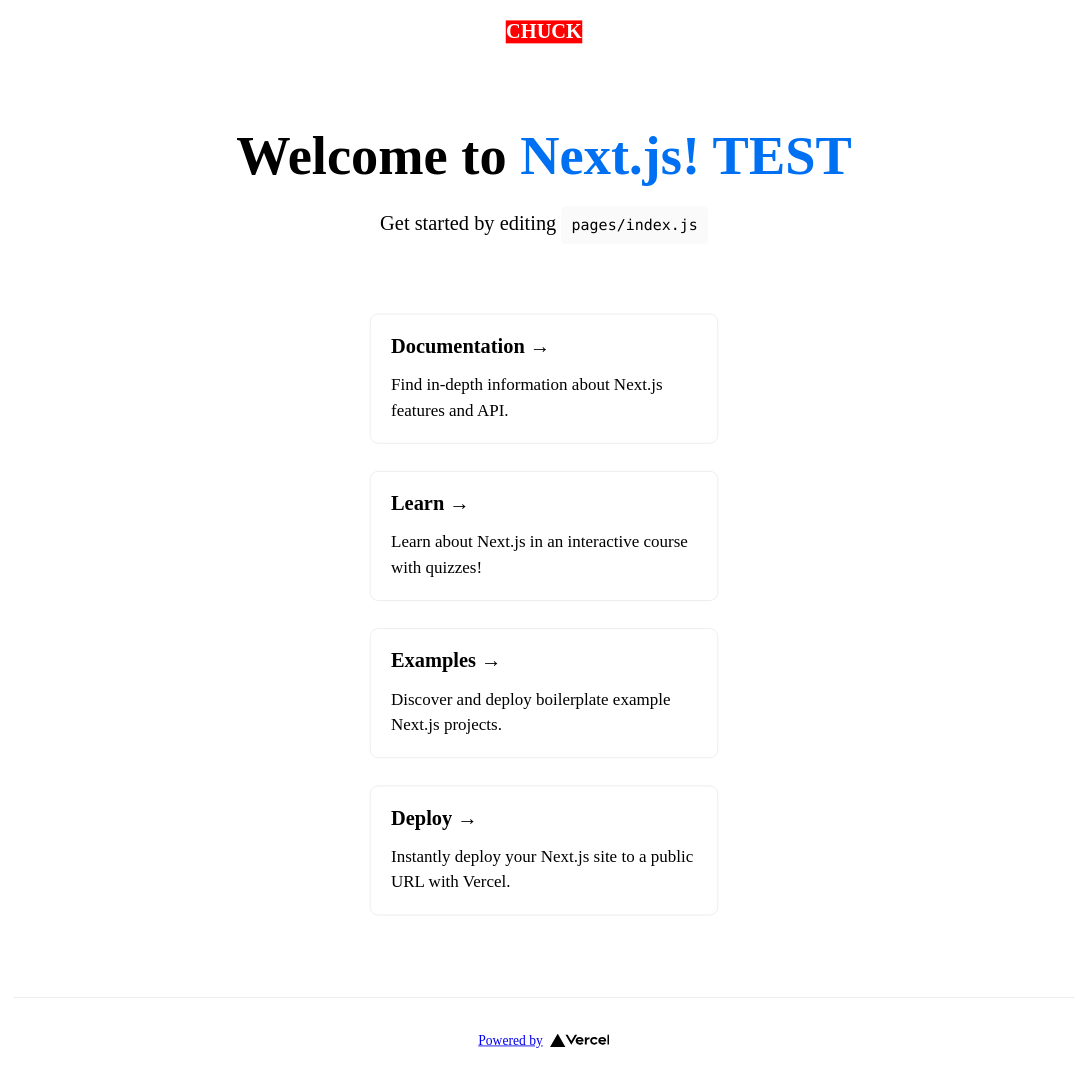
Repository: yafugray/practicemdia3126
Page: /
An editor plug-in stored every save of this project. The page is shown before and after the next save, followed by the edit.
The browser window is 1280 px wide. The pictures show the whole page, at 85% of full size.
The project was rebuilt for these pictures with package versions that can differ from the ones it lists, and the page was loaded fresh each time. The framework's server and built-in components were replaced by stand-ins that run in the browser. Also part of the build but not shown: pages/app.scss.

Above is the page before, as saved 2020-12-15 11:03:54.

After the next save:
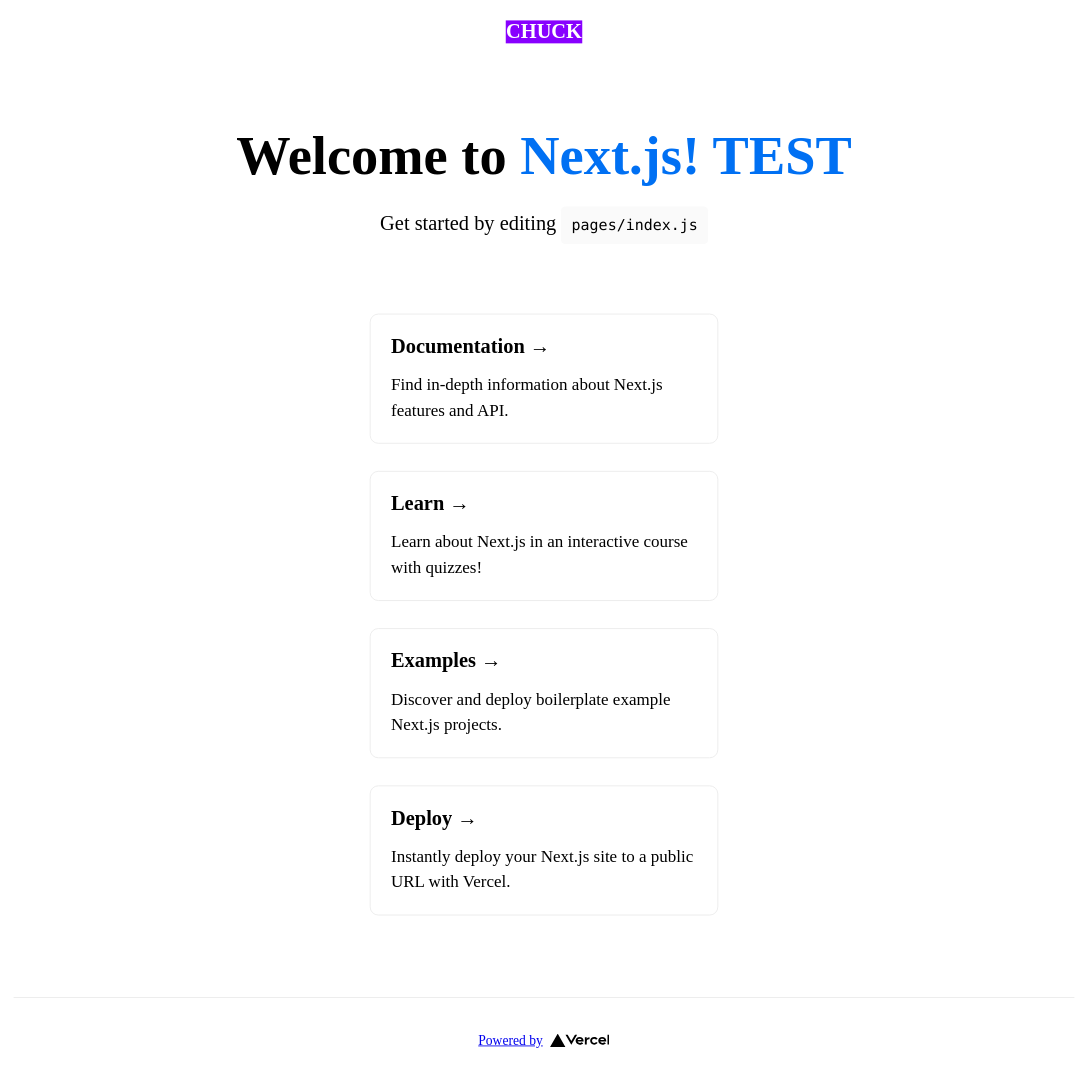
Saved 7 s later.
--- a/comps/Header/Header.module.css
+++ b/comps/Header/Header.module.css
@@ -1,5 +1,5 @@
 .myhead {
     font-size:24px;
     color:#FFF;
-    background-color: #F00;
+    background-color: rgb(136, 0, 255);
 }
